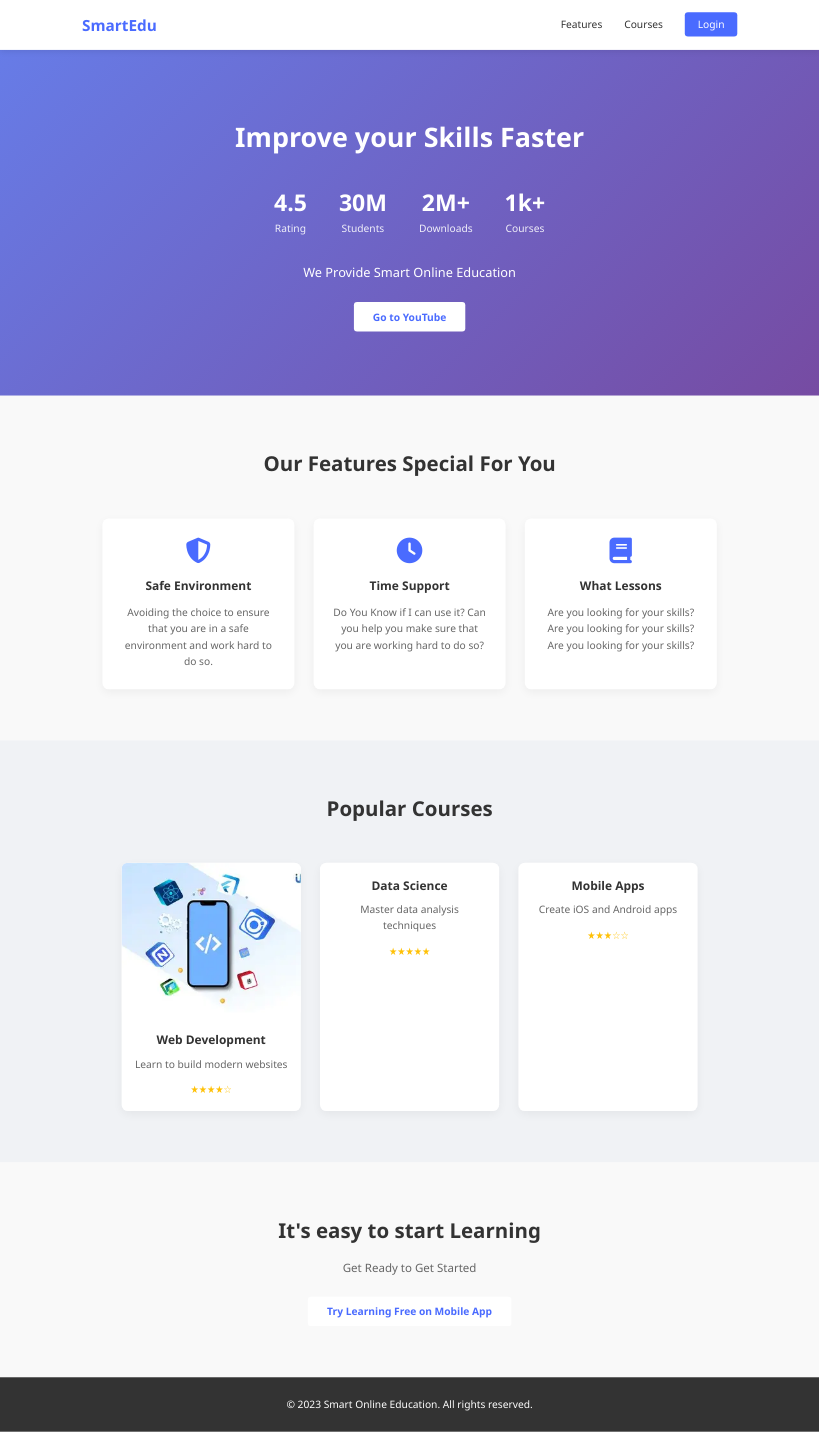
Repository: AhmedHBD/task1
Page: New folder/index.html
The author's editor kept a copy of each file at every save. The page is drawn from the files as they stood at one save, then again after a run of saves.
The browser window is 1280 px wide. The pictures show the whole page, at 64% of full size.

Above is the page before, as saved 2025-08-03 08:18:36.

After the next 4 saves:
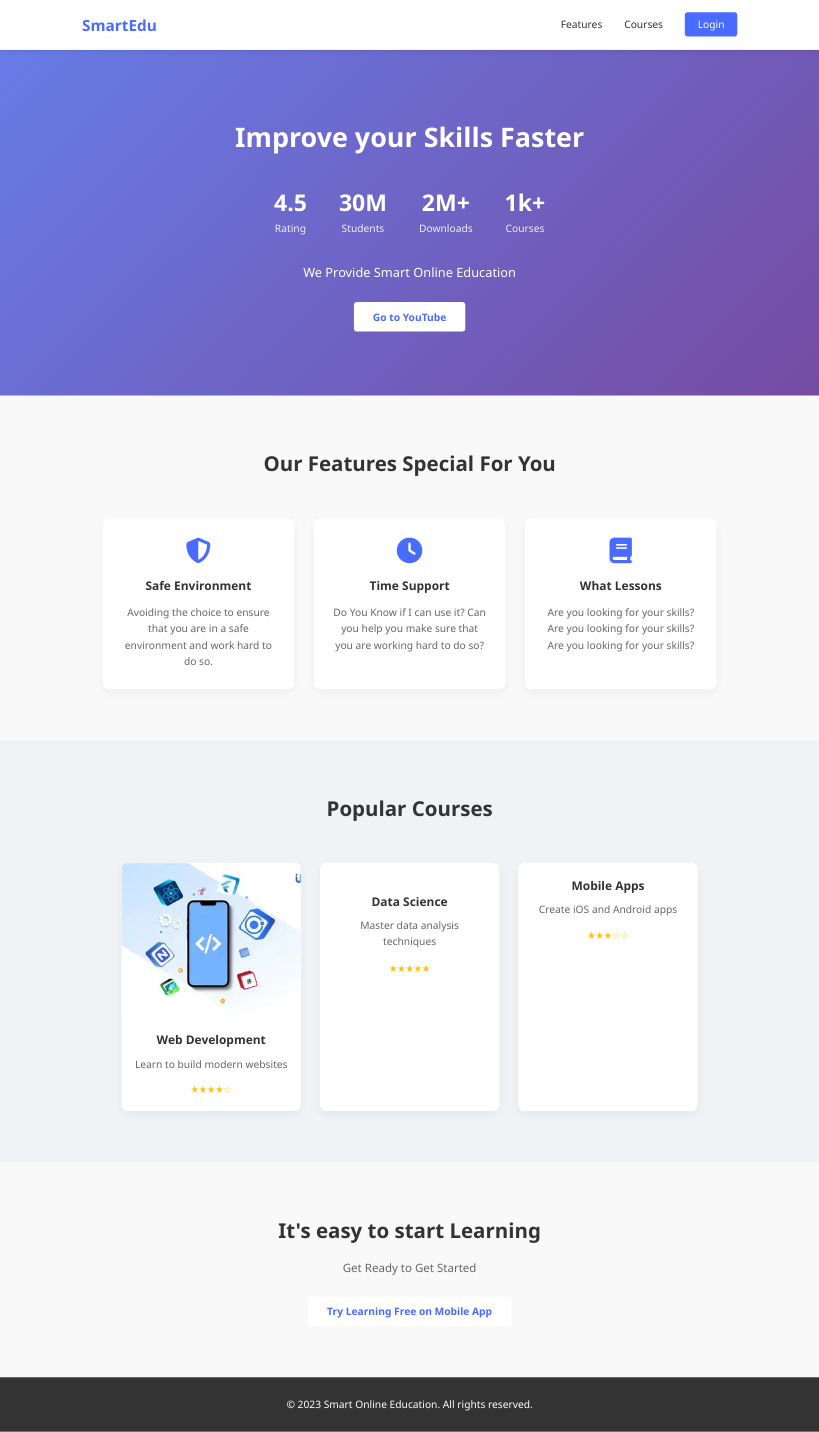
Not found: New folder/img/download.webp
The 4 saves are shown as one change because they came seconds apart.
The last was saved 114 s later.
--- a/New folder/index.html
+++ b/New folder/index.html
@@ -79,6 +79,7 @@
                 </div>
                 <div class="course-card">
                     <!-- <div class="course-img" style="background-color: #74b9ff;"></div> -->
+                     <img src="img/download.webp" alt="">
                     <h3>Data Science</h3>
                     <p>Master data analysis techniques</p>
                     <div class="course-rating">★★★★★</div>

After the 4 saves that followed:
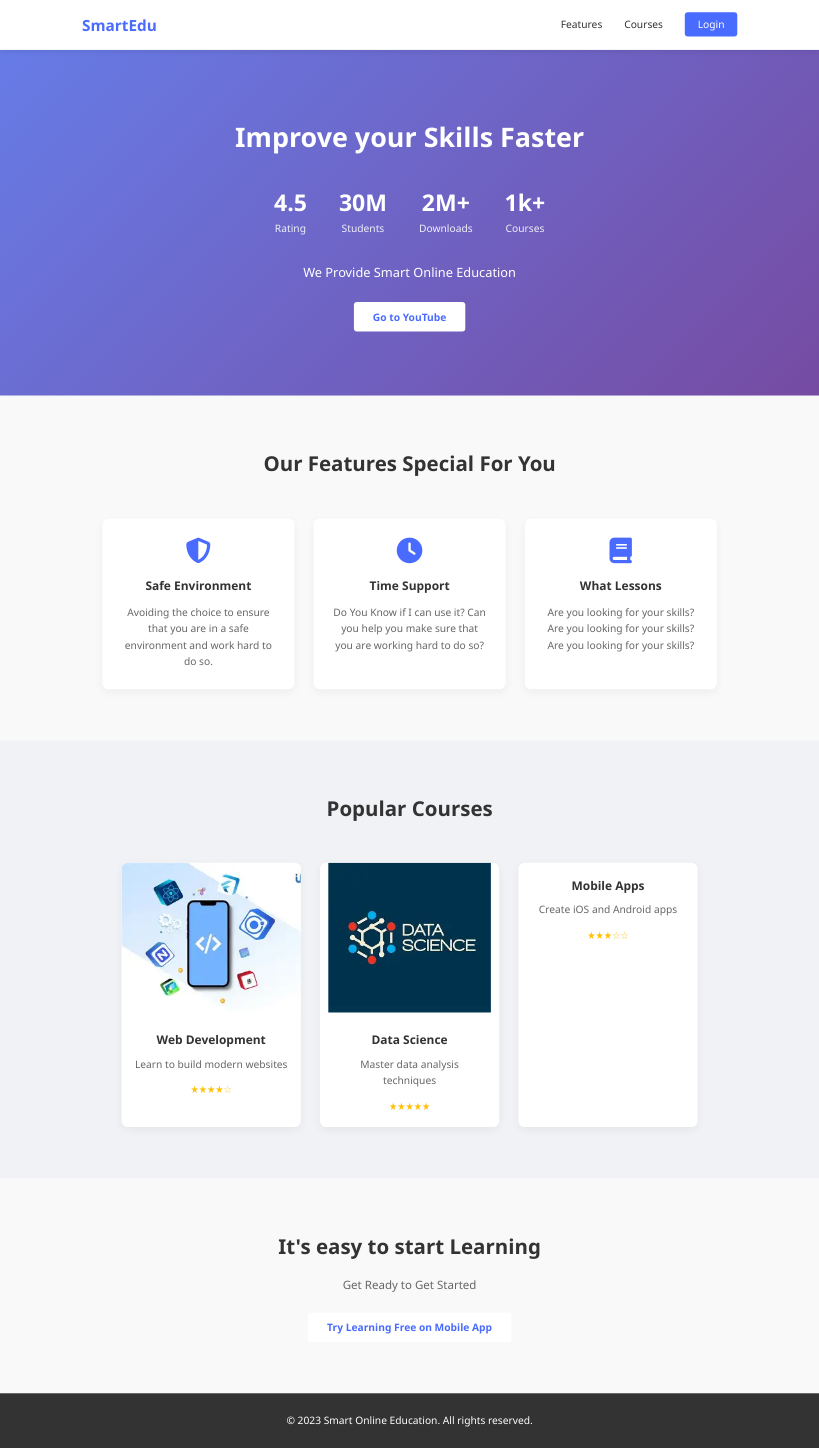
The 4 saves are shown as one change because 2 left the picture as it was and some came seconds apart.
The last was saved 111 s later.
--- a/New folder/index.html
+++ b/New folder/index.html
@@ -79,7 +79,7 @@
                 </div>
                 <div class="course-card">
                     <!-- <div class="course-img" style="background-color: #74b9ff;"></div> -->
-                     <img src="img/download.webp" alt="">
+                     <img src="img/DS.webp" alt="">
                     <h3>Data Science</h3>
                     <p>Master data analysis techniques</p>
                     <div class="course-rating">★★★★★</div>
